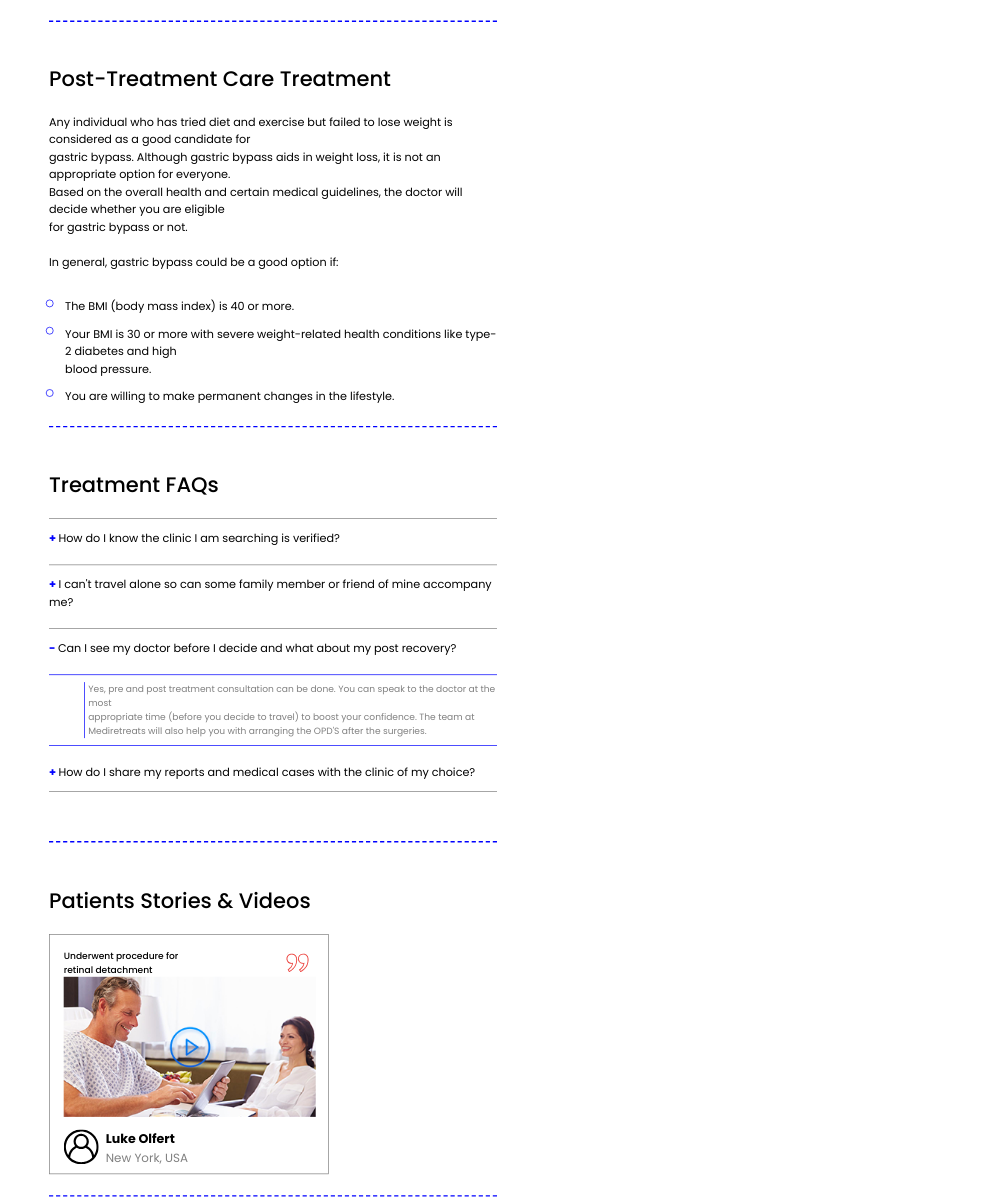
Repository: hetuk2005/webDevelopment
Page: Projects/Aafiya.html
An editor plug-in stored every save of this project. The page is shown before and after the next save, followed by the edit.
The browser window is 1280 px wide. The page is 1438 px wide, so the pictures cover 1438 px, including what lies to the right of the window. The pictures show the part of the page from y = 3548 to 5268 px (the page is 5268 px tall before and 5265 px after), at 70% of full size.
Some web fonts or font styles are not loaded; a fallback is used.

Above is the page before, as saved 2025-04-08 19:36:02.

After the next save:
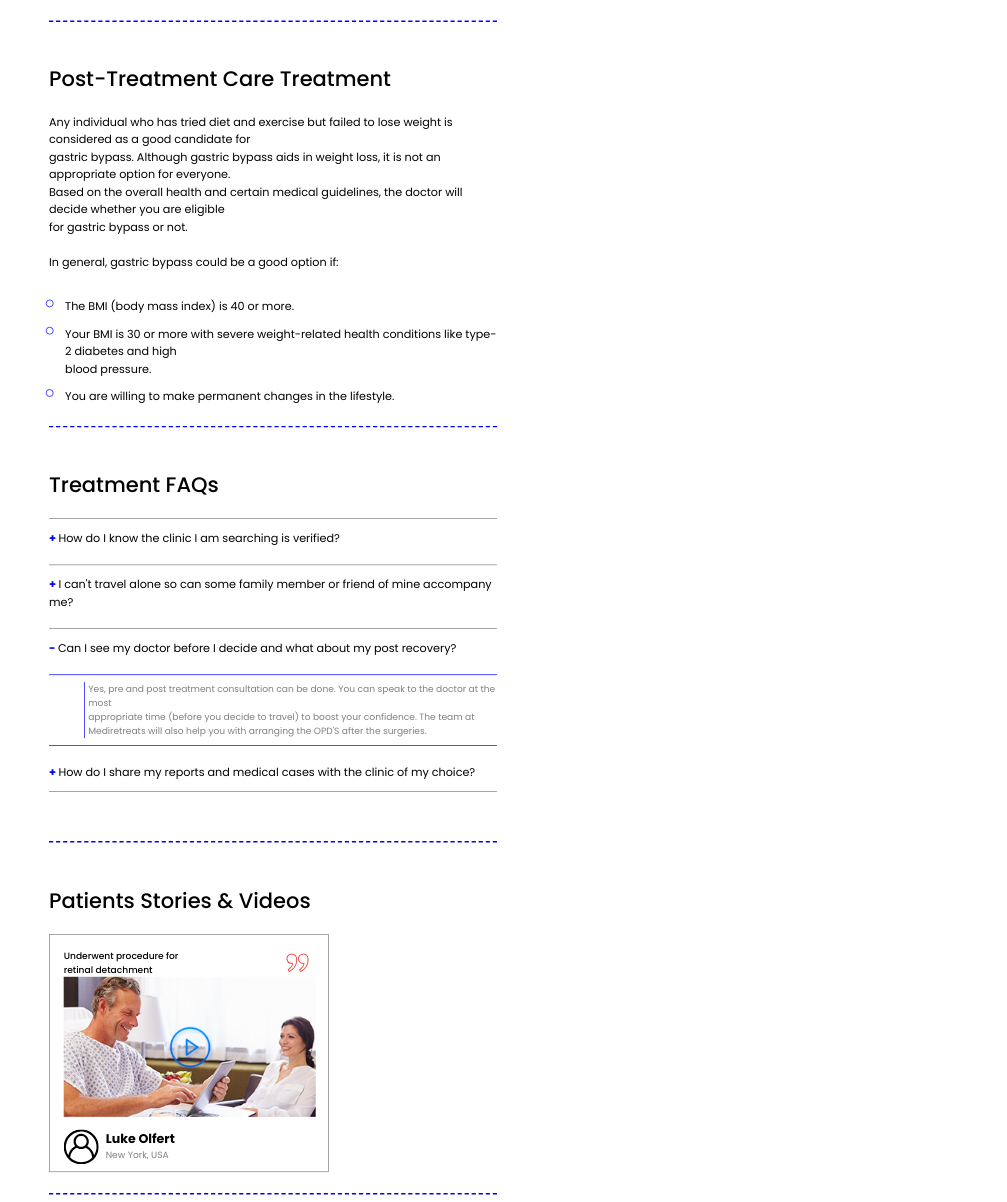
Saved 10 s later.
--- a/Projects/CSS/Aafiya.css
+++ b/Projects/CSS/Aafiya.css
@@ -550,6 +550,6 @@ nav {
 }
 
 .profile1>.flex>p {
-    font-size: 17px;
+    font-size: 13px;
     color: gray;
 }
